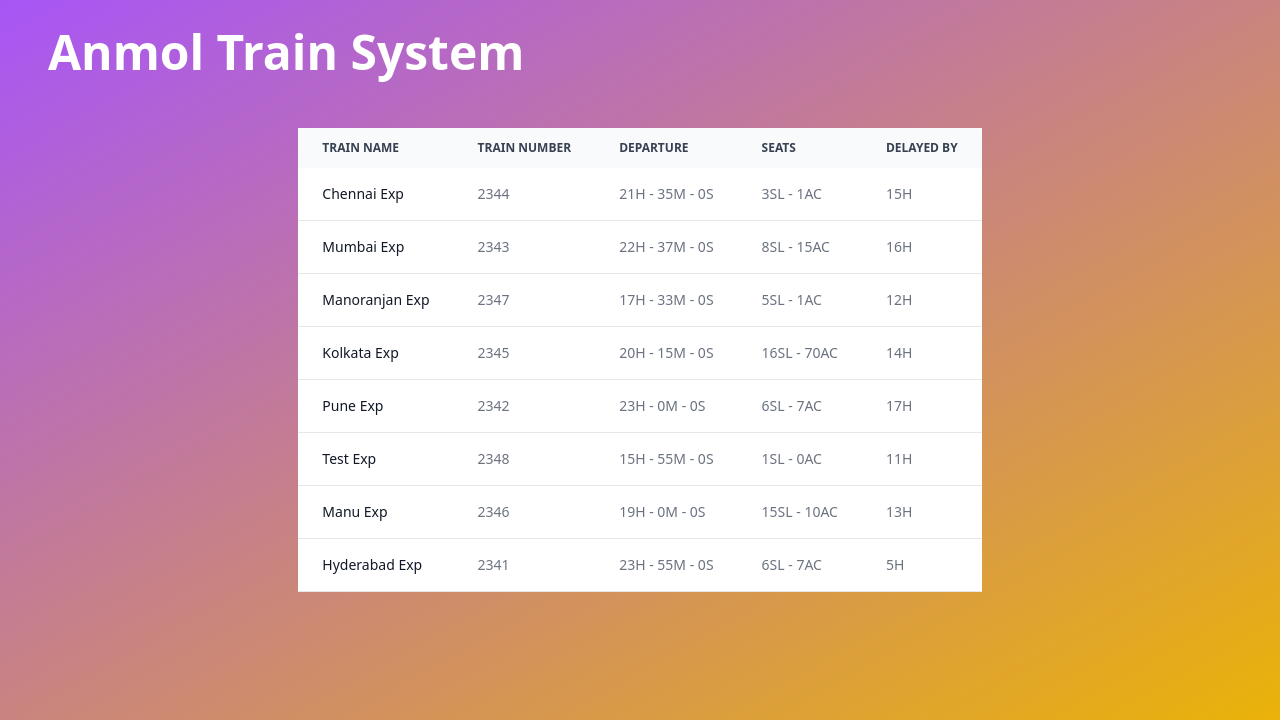
Repository: theanmol-raj/2010080029
Page: /
An editor plug-in stored every save of this project. The page is shown before and after the next save, followed by the edit.
The browser window is 1280 px wide. The pictures show the whole page.
The page's requests for data from a server got no answer. The project was rebuilt for these pictures with package versions that can differ from the ones it lists, and the page was loaded fresh each time. No one was signed in, and anything a server would have sent is missing. Also part of the build but not shown: src/components/IndividualTrainINfo.jsx.

Above is the page before, as saved 2023-04-29 21:18:41.

After the next save:
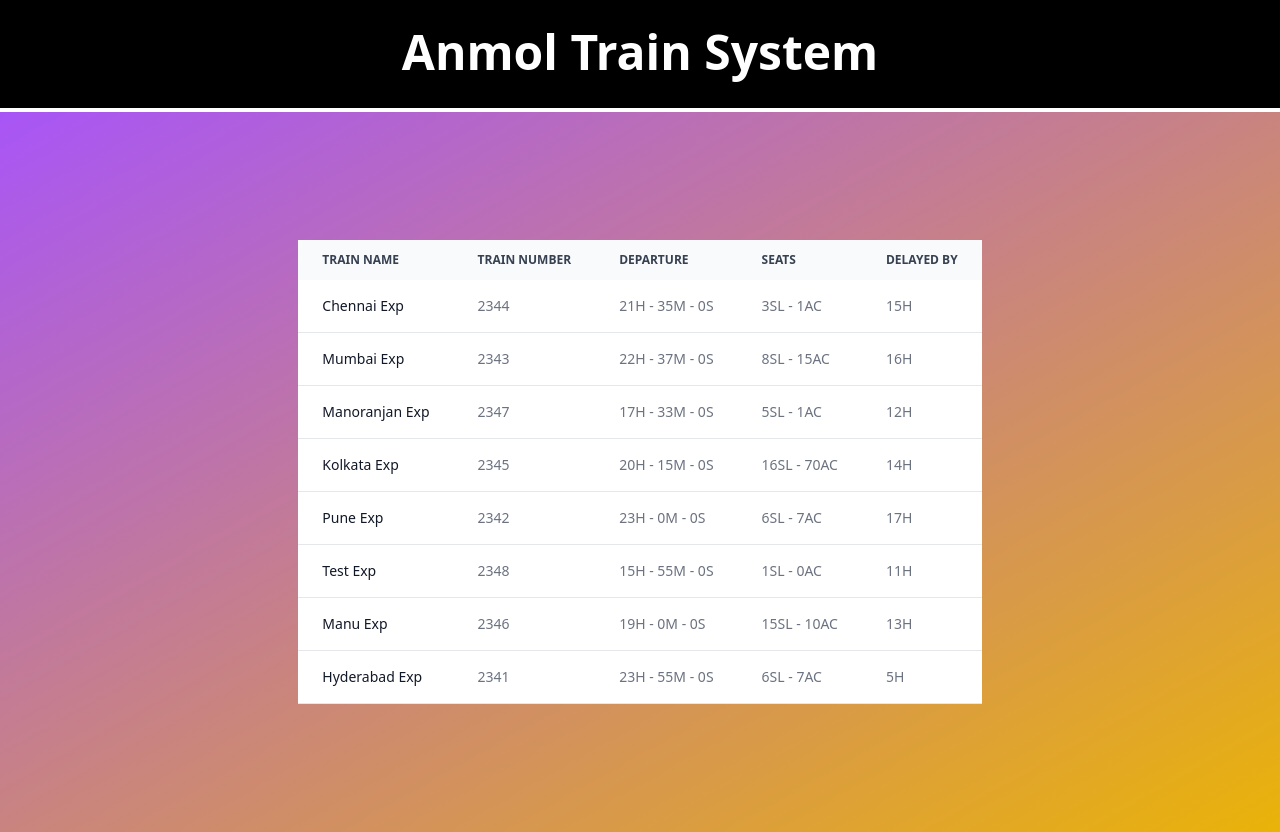
Saved 58 s later.
--- a/src/App.js
+++ b/src/App.js
@@ -91,7 +91,7 @@
 
   return (
     <div className="">
-    <h1 className=" text-center text-5xl py-8 animate-bounce font-extrabold text-white bg-transparent absolute ml-4 md:ml-8 xl:ml-12">Anmol Train System</h1>
+    <h1 className=" text-center text-5xl py-8 animate-bounce font-extrabold text-white bg-black">Anmol Train System</h1>
       <Routes>
         <Route path="/" element={<TrainINfo setter={setter} data={data} />} />
         <Route path="/:id" element = {<IndividualTrainINfo data ={data}/>}/>
